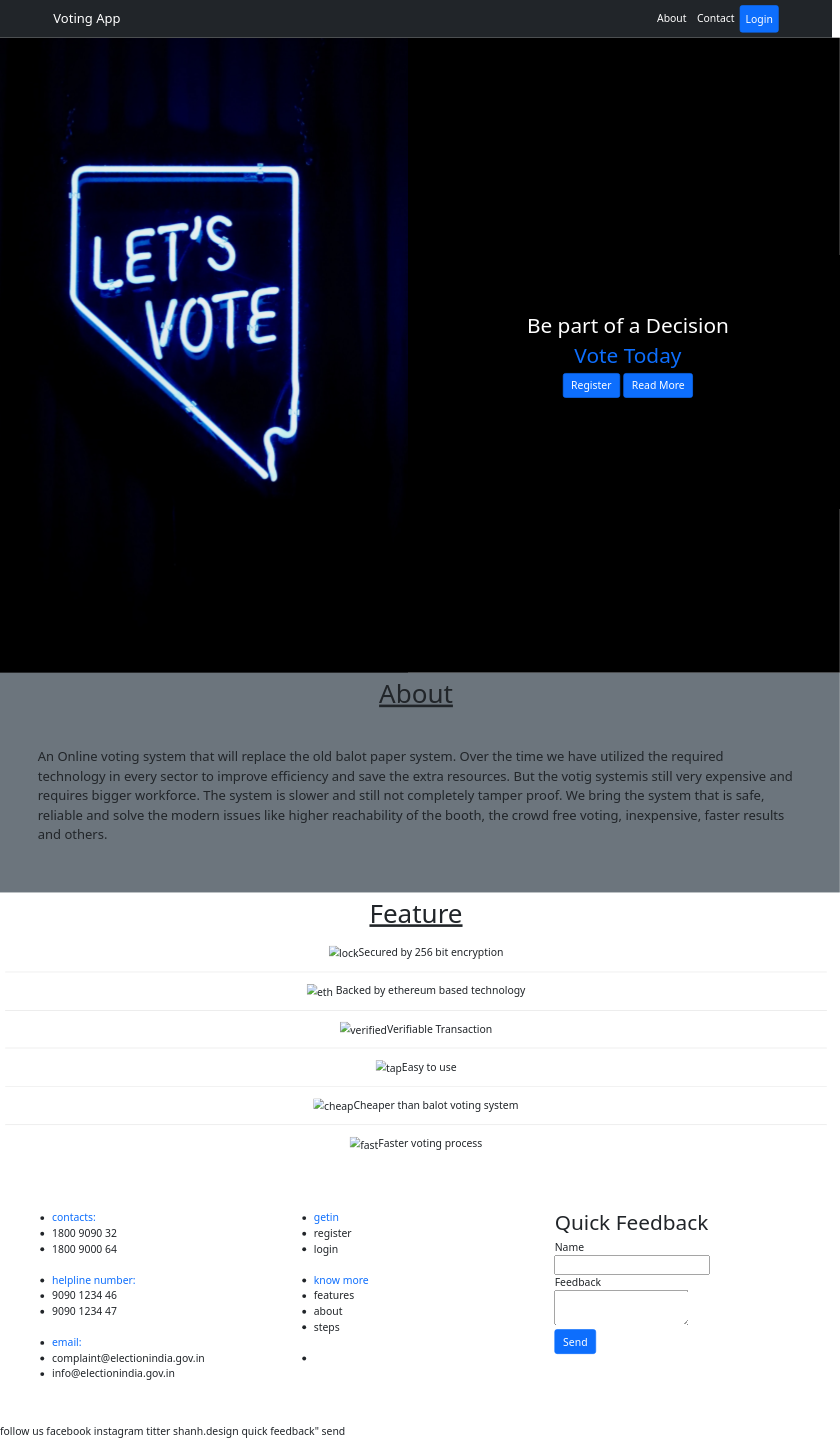
Repository: DavidManiIbrahim/Voting-app
Page: index.html
The author's editor kept a copy of each file at every save. The page is drawn from the files as they stood at one save, then again after the next save.
The browser window is 1280 px wide. The page is 1292 px wide, so the pictures cover 1292 px, including what lies to the right of the window. The pictures show the whole page, at 65% of full size.

Above is the page before, as saved 2025-01-19 16:45:39.

### index.html
<!DOCTYPE html>
<html lang="en">
  <head>
    <meta charset="UTF-8" />
    <meta name="viewport" content="width=device-width, initial-scale=1.0" />
    <title>Voting app</title>
    <link rel="stylesheet" href="./bootstrap.css" />
    <link rel="stylesheet" href="./styles.css" />
  </head>
  <body>
    <!-- NavBar -->

    <nav class="navbar navbar-expand-lg bg-dark text-white">
      <div class="container">
        <a href="#" class="navbar-brand text-white">Voting App</a>

        <button
          class="navbar-toggler"
          data-bs-target="#navmenu"
          data-bs-toggle="collapse"
        >
          <span class="navbar-toggler-icon bg-primary"></span>
        </button>
        <div class="collapse navbar-collapse" id="navmenu">
          <ul class="navbar-nav ms-auto text-center">
            <li class="nav-link text-white">About</li>
            <li class="nav-link text-white">Contact</li>
            <a href="./Login.html" class="nav-link btn btn-primary text-white"
              >Login</a
            >
          </ul>
        </div>
      </div>
    </nav>

    <!-- Hero Section -->

    <div class="row h-50 curtain">
      <div class="col-md">
        <img
          src="./unsplash_LA1VawaCjjI.svg"
          class="img-fluid"
          alt=""
          class="img-fluid"
        />
      </div>
      <div class="col-md m-auto">
        <div
          class="container-fluid text-center lead m-auto text-white"
          id="content"
        >
          <h2>Be part of a Decision</h2>
          <h2 class="text-primary">Vote Today</h2>
          <div class="">
            <button class="btn btn-primary">Register</button>
            <button class="btn btn-primary">Read More</button>
          </div>
        </div>
      </div>
    </div>

    <!-- About Section -->

    <div class="row p-2 about d-sm-inline-flex bg-secondary about">
      <div class="text-center box">
        <h1 class="text-decoration-underline">About</h1>
      </div>
      <div class="text">
        <p class="lead">
          An Online voting system that will replace the old balot paper system.
          Over the time we have utilized the required technology in every sector
          to improve efficiency and save the extra resources. But the votig
          systemis still very expensive and requires bigger workforce. The
          system is slower and still not completely tamper proof. We bring the
          system that is safe, reliable and solve the modern issues like higher
          reachability of the booth, the crowd free voting, inexpensive, faster
          results and others.
        </p>
        <!-- <p class="wrap">Lorem ipsum dolor sit amet consectetur adipisicing elit. Doloribus asperiores quaerat quam blanditiis et error quia dolore temporibus accusantium adipisci deleniti, corrupti distinctio sapiente explicabo tempora atque perspiciatis obcaecati molestiae?</p> -->
        <!-- <p class="wrap">Lorem ipsum dolor sit amet consectetur adipisicing elit. Doloribus asperiores quaerat quam blanditiis et error quia dolore temporibus accusantium adipisci deleniti, corrupti distinctio sapiente explicabo tempora atque perspiciatis obcaecati molestiae?</p> -->
        <!-- <p class="wrap">Lorem ipsum dolor sit amet consectetur adipisicing elit. Doloribus asperiores quaerat quam blanditiis et error quia dolore temporibus accusantium adipisci deleniti, corrupti distinctio sapiente explicabo tempora atque perspiciatis obcaecati molestiae?</p> -->
        <!-- <p class="wrap">Lorem ipsum dolor sit amet consectetur adipisicing elit. Doloribus asperiores quaerat quam blanditiis et error quia dolore temporibus accusantium adipisci deleniti, corrupti distinctio sapiente explicabo tempora atque perspiciatis obcaecati molestiae?</p> -->
      </div>
    </div>

    <!-- feature section -->

    <div class="row p-2 about">
      <div class="text-center box">
        <h1 class="text-decoration-underline">Feature</h1>
      </div>
      <div class="text text-center">
        <ul class="list-unstyled list-group-flush">
          <li class="list-group-item p-3 gap-2">
            <img src="./" alt="lock" />Secured by 256 bit encryption
          </li>
          <li class="list-group-item p-3 gap-2">
            <img src="./" alt="eth" /> Backed by ethereum based technology
          </li>
          <li class="list-group-item p-3 gap-2">
            <img src="./" alt="verified" />Verifiable Transaction
          </li>
          <li class="list-group-item p-3 gap-2">
            <img src="./" alt="tap" />Easy to use
          </li>
          <li class="list-group-item p-3 gap-2">
            <img src="./" alt="cheap" />Cheaper than balot voting system
          </li>
          <li class="list-group-item p-3 gap-2">
            <img src="./" alt="fast" />Faster voting process
          </li>
        </ul>
      </div>
    </div>

    <!-- footer -->

    <footer class="row bg-seco p-5" >
      <div class="contact col-md">
        <ul>
          <li>
            <span class="text-primary">contacts:</span>
          </li>
          <li>1800 9090 32</li>
          <li>1800 9000 64</li>
          <br />
          <li>
            <span class="text-primary">helpline number:</span>
          </li>
          <li>9090 1234 46</li>
          <li>9090 1234 47</li>
          <br />
          <li>
            <span class="text-primary">email:</span>
          </li>
          <li>complaint@electionindia.gov.in</li>
          <li>info@electionindia.gov.in</li>
        </ul>
      </div>
      <div class="join col-md">
        <ul>
          <li>
            <span class="text-primary"> getin</span>
          </li>
          <li>register</li>
          <li>login</li>
          <br />
          <li>
            <span class="text-primary">know more </span>
          </li>

          <li>features</li>
          <li>about</li>
          <li>steps</li>
          <br />
          <li>
            <span class="text-primary"></span>
          </li>
        </ul>
      </div>
      <div class="newsletter col-md">
        <h2>Quick Feedback</h2>
        <form action="">

            <label for="feedback">Name <br>
                <input type="text">
            </label>
            <br>
            <label for="textarea">Feedback <br>
                <textarea name="newsletter" id="" row="10"></textarea>
            </label>  <br>
            <button type="button" class="btn btn-primary ">Send</button>
            </form>
      </div>
    </footer>

    follow us facebook instagram titter shanh.design quick feedback" send

    <script src="./bootstrap.min.js"></script>
  </body>
</html>

### styles.css
.lead,#content{
    /* height:50vh; */
    /* border:1px solid; */
    padding: 50px;
}

.curtain{
    background-color: #000;
}

.rotate{
    margin: 10px auto;
}

.about{
    /* border:1px solid red; */
    position:relative;
}

.box{
    /* width:50%;
    rotate:270deg;
    padding:50px;
    border:1px solid yellow;
    height:200px; */
}

.wrap{
    width:50vw;
    padding: 40px;
    /* border:1px solid; */
}

.text{
    /* border:1px solid blue; */
}








div
.feature {
    text-decoration:none;
    writing-mode:vertical-rl;

}

Loaded but not shown: bootstrap.css (library); bootstrap.min.js (library)

After the next save:
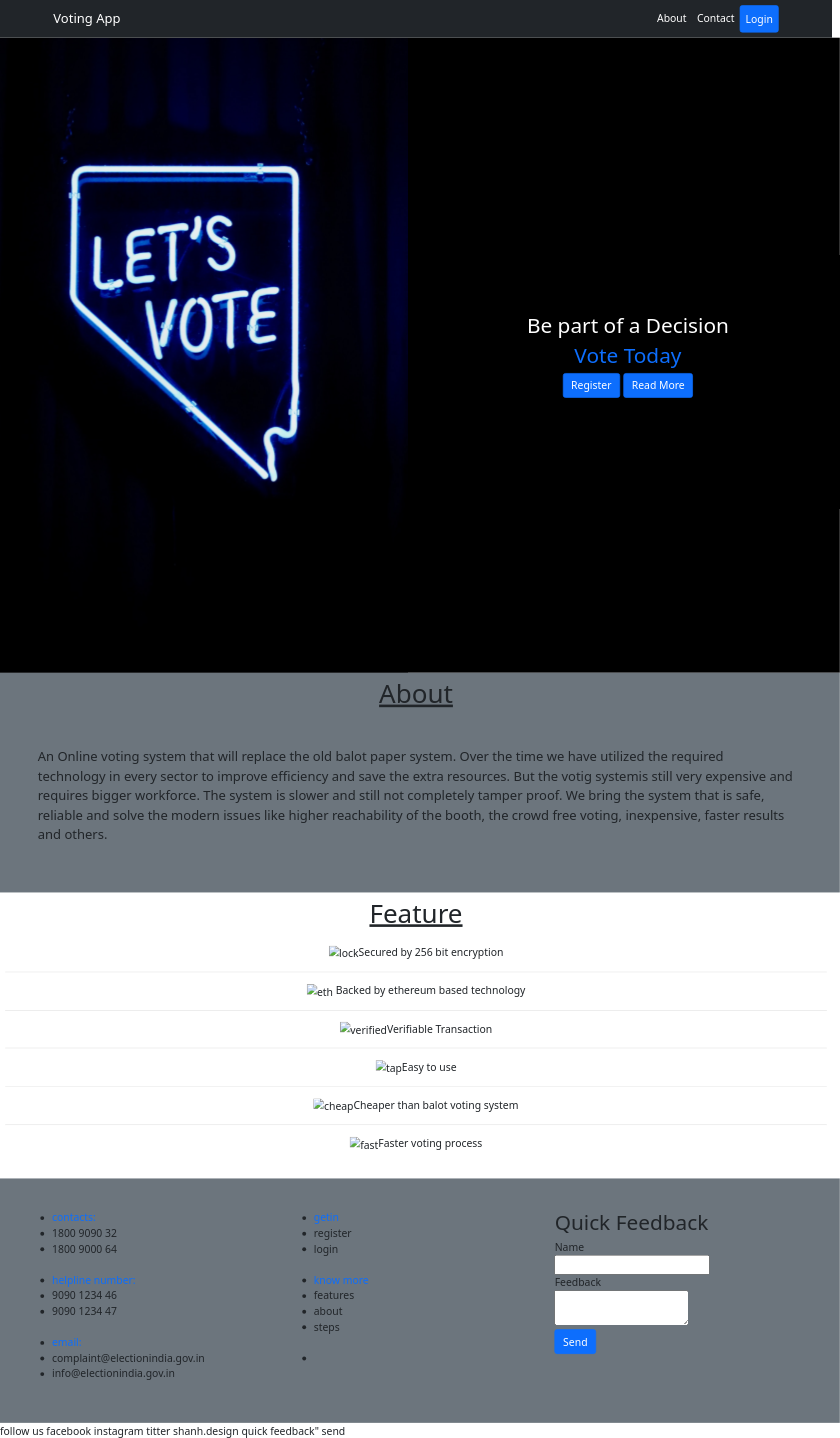
Saved 5 s later.
--- a/index.html
+++ b/index.html
@@ -115,7 +115,7 @@
 
     <!-- footer -->
 
-    <footer class="row bg-seco p-5" >
+    <footer class="row bg-secondary p-5" >
       <div class="contact col-md">
         <ul>
           <li>

After the save that followed:
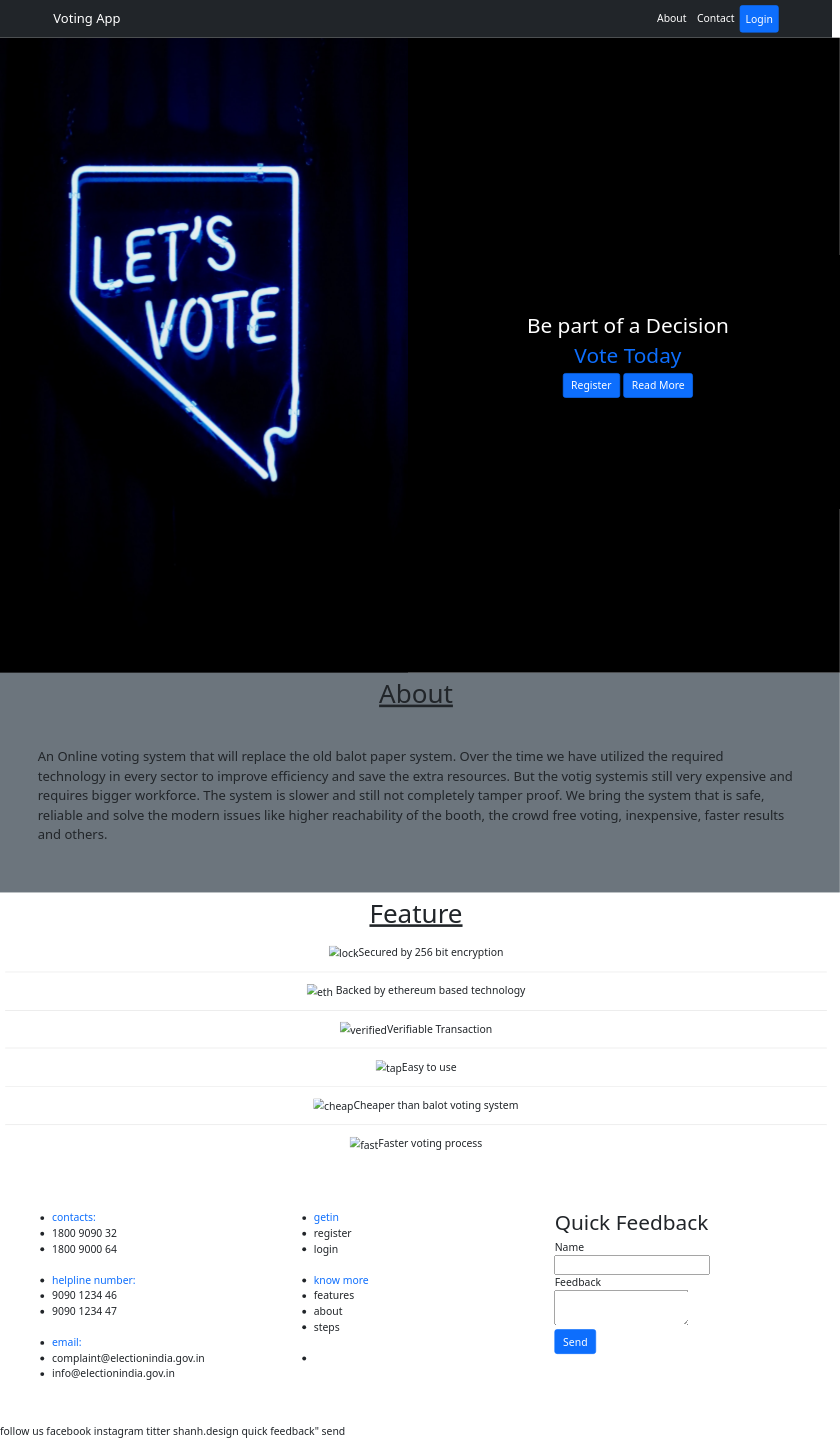
Saved 19 s later.
--- a/index.html
+++ b/index.html
@@ -115,7 +115,7 @@
 
     <!-- footer -->
 
-    <footer class="row bg-secondary p-5" >
+    <footer class="row bg p-5" >
       <div class="contact col-md">
         <ul>
           <li>
